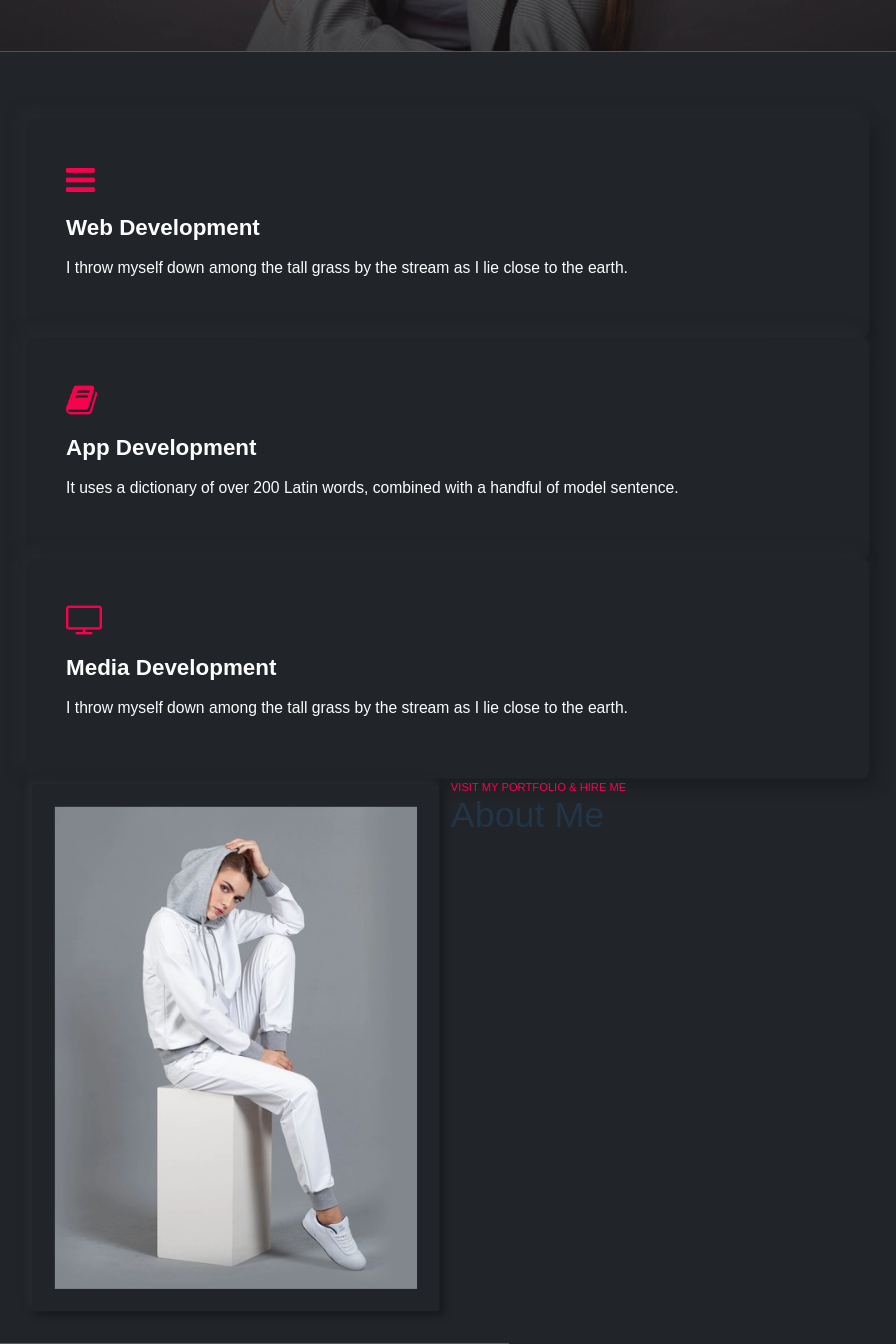
Repository: arminprogramme/inbio
Page: /
An editor plug-in stored every save of this project. The page is shown before and after the next save, followed by the edit.
The browser window is 1280 px wide. The pictures show the part of the page from y = 795 to 2715 px (the page is 2715 px tall), at 70% of full size.
Some web libraries are served in a nearby version. The project was rebuilt for these pictures with package versions that can differ from the ones it lists, and the page was loaded fresh each time. Also part of the build but not shown: vite.config.js.

Above is the page before, as saved 2023-10-20 03:37:40.

### index.html
<!doctype html>
<html lang="en">

<head>
    <meta charset="UTF-8" />
    <link rel="icon" type="image/svg+xml" href="/vite.svg" />
    <link rel="stylesheet" href="https://cdnjs.cloudflare.com/ajax/libs/font-awesome/4.7.0/css/font-awesome.min.css">
    <link href="https://cdnjs.cloudflare.com/ajax/libs/flowbite/1.8.1/flowbite.min.css" rel="stylesheet" />
    <meta name="viewport" content="width=device-width, initial-scale=1.0" />
    <title>Vite + React</title>
</head>

<body>
    <div id="root"></div>
    <script src="https://cdnjs.cloudflare.com/ajax/libs/flowbite/1.8.1/flowbite.min.js"></script>
    <script type="module" src="/src/main.jsx"></script>
</body>

</html>

### src/App.jsx
import   { Component } from 'react';
import LandingPage from './Component/LandingPage.jsx'
import './App.css'

class App extends Component {


  render() {
    return (
    <div>
      <LandingPage />
    </div>
    );
  }


}

export default App;

### src/index.css
:root {
    font-family: Inter, system-ui, Avenir, Helvetica, Arial, sans-serif;
}

a {
    font-weight: 500;
    color: #646cff;
    text-decoration: inherit;
}

* {
    padding: 0;
    margin: 0;
    box-sizing: border-box;
}

@tailwind base;
@tailwind components;
@tailwind utilities;
a:hover {
    color: #535bf2;
}

body {
    margin: 0;
    font-family: 'Vazir', sans-serif;
}

h1 {
    font-size: 3.2em;
    line-height: 1.1;
}

@media (prefers-color-scheme: light) {
     :root {
        color: #213547;
        background-color: #ffffff;
    }
    a:hover {
        color: #747bff;
    }
    button {
        background-color: #f9f9f9;
    }
}

### src/Component/LandingPage.jsx
import  { Component } from 'react';
import Header from './Header/Header.jsx'
import Body from './Body/Body.jsx'
//import Footer from './Footer/Footer.jsx'
class LandingPage extends Component {
    render() {
        return (
            <div>
                <Header/>
                <Body/>

            </div>
        );
    }
}

export default LandingPage;

### src/Component/Header/Header.jsx
import  { Component } from 'react';
import NavBar from './Navbar.jsx'
import './Header.css'
class Header extends Component {
    render() {
        return (
            <div>
                <NavBar/>
                <div className="banner-header text-center">
                    <h1 className='font-bold text-white'>KRISTINA SOMOLYER</h1>
                    <p>American Supermodel & Entrepreneur</p>
                </div>
            </div>
        );
    }
}

export default Header;

### src/Component/Body/Body.jsx
import  { Component } from 'react';
import Services from './Services/Services.jsx'
import About from './About/About.jsx'
import './Body.css'
class Body extends Component {
    render() {
        return (
            <>
            <div className='black-bg '>
                <div className="limit-width">
                    <Services/>
                    <About/>
                </div>
            </div>
            </>
        );
    }
}

export default Body;

### src/Component/Header/Navbar.jsx
import  { Component } from 'react';

class Navbar extends Component {
    render() {
        return (
            <div>

<nav className=" black-bg">
  <div className="max-w-screen-xl flex flex-wrap items-center justify-between mx-auto p-6">
    <a href="https://.com/" className="flex items-center">
       <h2 className='text-white'>React Project</h2>
    </a>
    <button data-collapse-toggle="navbar-default" type="button"  className="inline-flex items-center p-2 w-10 h-10 justify-center text-sm text-white rounded-lg md:hidden " aria-controls="navbar-default" aria-expanded="false">
    <i className="fa fa-bars text-white"></i>

    </button>
    <div className="hidden w-full md:block md:w-auto" id="navbar-default">
      <ul className="font-medium flex flex-col p-4 md:p-0 mt-4 border border-gray-100 rounded-lg text-white md:flex-row md:space-x-8 md:mt-0 md:border-0 black-bg">
        <li>
          <a href="#" className="block py-2 pl-3 pr-4 text-white md:hover:text-gray-700 dark:text-white md:dark:hover:text-gray-500 rounded md:bg-transparent md:p-0 " aria-current="page">Home</a>
        </li>
        <li>
          <a href="#" className="block py-2 pl-3 pr-4 text-gray-900 rounded hover:bg-gray-100 md:hover:bg-transparent md:border-0 md:hover:text-gray-700 md:p-0 dark:text-white md:dark:hover:text-gray-500 dark:hover:bg-gray-700 dark:hover:text-white md:dark:hover:bg-transparent">About</a>
        </li>
        <li>
          <a href="#" className="block py-2 pl-3 pr-4 text-gray-900 rounded md:hover:text-gray-700 md:p-0 dark:text-white md:dark:hover:text-gray-500 dark:hover:bg-gray-700 dark:hover:text-white md:dark:hover:bg-transparent">Services</a>
        </li>
        <li>
          <a href="#" className="block py-2 pl-3 pr-4 text-gray-900 rounded hover:bg-gray-100 md:hover:bg-transparent md:border-0 md:hover:text-gray-700 md:p-0 dark:text-white md:dark:hover:text-gray-500 dark:hover:bg-gray-700 dark:hover:text-white md:dark:hover:bg-transparent">Pricing</a>
        </li>
        <li>
          <a href="#" className="block py-2 pl-3 pr-4 text-gray-900 rounded hover:bg-gray-100 md:hover:bg-transparent md:border-0md:hover:text-gray-700 md:p-0 dark:text-white md:dark:hover:text-gray-500 dark:hover:bg-gray-700 dark:hover:text-white md:dark:hover:bg-transparent">Contact</a>
        </li>
      </ul>
    </div>
  </div>
</nav>

            </div>
        );
    }
}

export default Navbar;

### src/Component/Header/Header.css
.black-bg {
    background-color: #212428;
}

.banner-header {
    background-image: url(../../../bg-image-12.webp);
    background-position: center;
    background-size: cover;
    padding: 20.25rem 0;
}

.banner-header h1 {
    letter-spacing: 6px;
    font-size: 3.2rem;
}

.banner-header p {
    letter-spacing: 6px;
    font-size: 1.2rem;
    padding: 2rem 0;
    color: #fff;
}

### src/Component/Body/Services/Services.jsx
import  { Component } from 'react';
import ServicesItem from './ServicesItem.jsx'
import './Services.css'
class Services extends Component {

    constructor(props){
        super(props)

        this.state = {
            services : [
                {id : 1 , icon : 'red-color fa fa-bars' , title : 'Web Development' , text : 'I throw myself down among the tall grass by the stream as I lie close to the earth.'},
                {id : 2 , icon : 'red-color fa fa-book' , title : 'App Development' , text : 'It uses a dictionary of over 200 Latin words, combined with a handful of model sentence.'},
                {id : 3 , icon : 'red-color fa fa-television' , title : 'Media Development' , text : 'I throw myself down among the tall grass by the stream as I lie close to the earth.'},
            ]
        }
    }
    render() {
        return (
            <div>
              <div className="grid  grid-cols-1 lg:grid-cols-3 gap-10">
              {this.state.services.map(services => {
                return <ServicesItem key={services.id} {...services} />
               })}
              </div>
            </div>
        );
    }
}

export default Services;

### src/Component/Body/About/About.jsx
import  { Component } from 'react';
import   './About.css'
class About extends Component {
    render() {
        return (
            <div>
                <div className="about-container my-52 grid grid-cols-1 lg:grid-cols-2 gap-2">
                    <div className="img-about">
                        <div className="inner-img-about">
                            <img src="about-5.webp" className='rounded' alt="" />
                        </div>
                    </div>
                    <div className="content-about">
                        <h5 className='red-color'>VISIT MY PORTFOLIO & HIRE ME</h5>
                        <h1>About Me</h1>
                    </div>
                </div>
            </div>
        );
    }
}

export default About;

### src/Component/Body/Body.css
.limit-width {
    max-width: 1450px;
    padding: 6rem 3% 3%;
    margin: auto;
}

### src/Component/Body/Services/ServicesItem.jsx
import { Component } from 'react';

class ServicesItem extends Component {
    render() {
        return (
            <div className='services-item'>
                <div className="icon-services">
                    <i className={this.props.icon}></i>
                </div>
                <div className="content-services">
                <h2 className='font-bold'>{this.props.title}</h2>
                <p>{this.props.text}</p>
                </div>
            </div>
        );
    }
}

export default ServicesItem;

### src/Component/Body/Services/Services.css
.icon-services i {
    font-size: 3rem;
}

.red-color {
    color: #f8024e;
}

.content-services {
    padding: 1.2rem 0;
    color: #FDFDFE;
}

.content-services h2 {
    font-size: 2rem;
    padding-bottom: 1rem;
}

.content-services p {
    line-height: 2.25rem;
    font-size: 1.4rem;
}

.services-item {
    border-radius: 12px;
    transition: 0.5s!important;
    padding: 4rem 3.5rem;
    background: #212428;
    box-shadow: 10px 10px 20px #1b1e21, -10px -10px 20px #272a2f;
    -webkit-transition: 0.5s!important;
    -moz-transition: 0.5s!important;
    -ms-transition: 0.5s!important;
    -o-transition: 0.5s!important;
    cursor: pointer;
}

.services-item:hover {
    border-radius: 12px;
    transform: translateY(-1.2rem);
    transition: 0.5s!important;
    background: linear-gradient(145deg, #23272b, #16171a);
    box-shadow: 10px 10px 13px #1b1e21, -10px -10px 13px #272a2f;
    -webkit-transition: 0.5s!important;
    -moz-transition: 0.5s!important;
    -ms-transition: 0.5s!important;
    -o-transition: 0.5s!important;
    -webkit-transform: translateY(-1.2rem);
    -moz-transform: translateY(-1.2rem);
    -ms-transform: translateY(-1.2rem);
    -o-transform: translateY(-1.2rem);
}

### src/Component/Body/About/About.css
.inner-img-about,
.img-about {
    padding: 0.5rem;
    border-radius: 5px;
    max-width: 100%;
}

.inner-img-about {
    border-radius: 5px;
    background: #212428;
    box-shadow: 5px 5px 10px #17191c, -5px -5px 10px #2b2f34;
    -webkit-border-radius: 5px;
    -moz-border-radius: 5px;
    -ms-border-radius: 5px;
    -o-border-radius: 5px;
}

.inner-img-about img {
    width: 100%;
    border-radius: 5px!important;
    -webkit-border-radius: 5px!important;
    -moz-border-radius: 5px!important;
    padding: 1.5rem;
    -ms-border-radius: 5px!important;
    -o-border-radius: 5px!important;
}

Loaded but not shown: src/main.jsx (common file); src/App.css (common file)

After the next save:
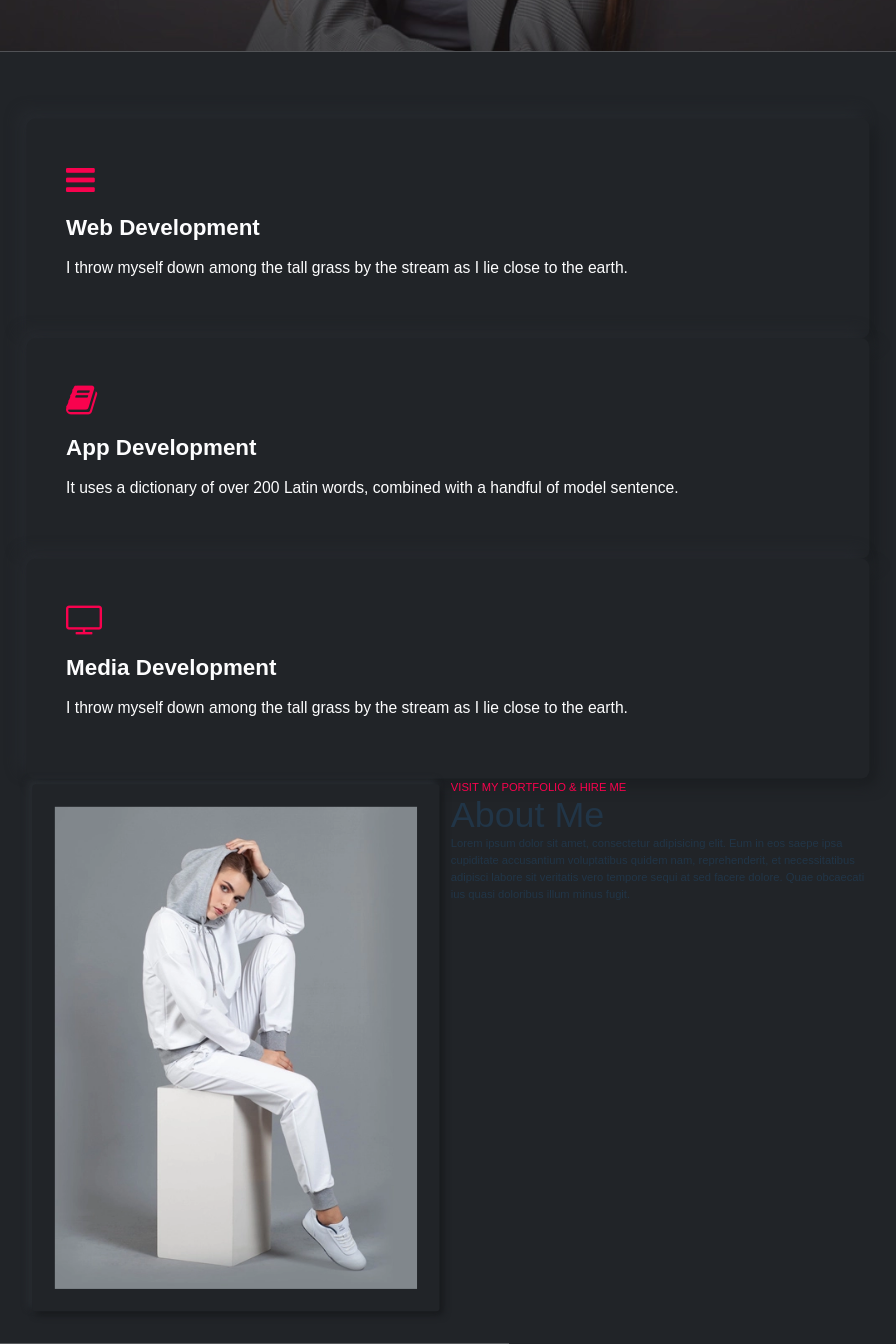
Saved 64 s later.
--- a/src/Component/Body/About/About.jsx
+++ b/src/Component/Body/About/About.jsx
@@ -13,6 +13,8 @@ class About extends Component {
                     <div className="content-about">
                         <h5 className='red-color'>VISIT MY PORTFOLIO & HIRE ME</h5>
                         <h1>About Me</h1>
+                        <p>Lorem ipsum dolor sit amet, consectetur adipisicing elit. Eum in eos saepe ipsa cupiditate accusantium voluptatibus quidem nam, reprehenderit, et necessitatibus adipisci labore sit veritatis vero tempore sequi at sed facere dolore. Quae obcaecati ius quasi doloribus illum minus fugit.</p>
+                        <p></p>
                     </div>
                 </div>
             </div>
